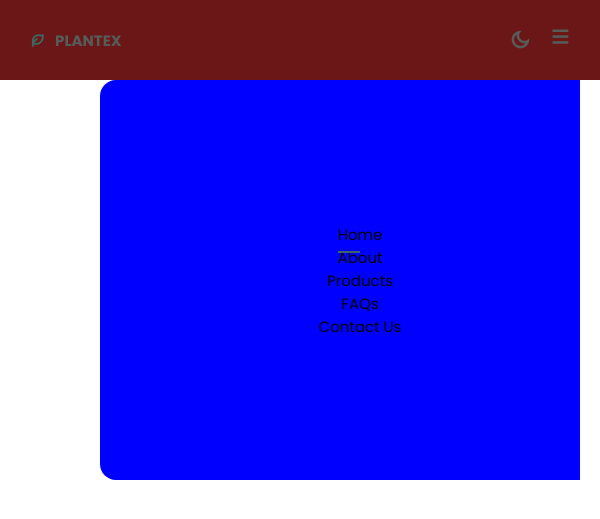
Repository: OmniaRafat232111121/plantwebsite
Page: index.html
These files come from the project's save history. The page is drawn as it stood at one moment and after a run of saves; the edit follows.
The browser window is 600 px wide. The pictures show the whole page.
After loading, the first visible `#navToggle` was clicked once.

Above is the page before, as saved 2023-01-04 15:40:35.

### index.html
<!DOCTYPE html>
<html lang="en">
<head>
    <meta charset="UTF-8">
    <meta http-equiv="X-UA-Compatible" content="IE=edge">
    <meta name="viewport" content="width=device-width, initial-scale=1.0">
    <title>plant-website</title>
      <!--icon web-->
    <link rel="shortcut icon" href="assets/img/favicon.png" type="image/x-icon">
    <!--css style-->
    <link rel="stylesheet" href="./assets/css/styles.css">
    <!--remix icon-->
    <link href="https://cdn.jsdelivr.net/npm/remixicon@2.5.0/fonts/remixicon.css" rel="stylesheet">
</head>
<body>
<!--header-->
<header class="header" id="header">
<div class="container-header">
    <a class="nav_logo">
   <i class="ri-leaf-line nav_logo-icon "></i>Plantex
</a>

<nav class="nav_menu" id="nav_menu">
    <ul class="nav_list" id="nav_list">
        <li class="nav_item" id="nav_item">
                            <a href="#home" class="nav_link active-link">Home</a>
                        </li>
                        <li class="nav__item">
                            <a href="#about" class="nav_link">About</a>
                        </li>
                        <li class="nav__item">
                            <a href="#products" class="nav_link">Products</a>
                        </li>
                        <li class="nav__item">
                            <a href="#faqs" class="nav_link">FAQs</a>
                        </li>
                        <li class="nav__item">
                            <a href="#contact" class="nav_link">Contact Us</a>
                        </li>
                        <li class="mood">
       <i class= "ri-moon-line change-theme" id="theme-button"></i>

    </li>



    </ul>

    <div class="nav-close" id="nav_close">
        <i class="ri-close-line"></i>

    </div>
    <div  class="nav-btns">
   <i class= "ri-moon-line change-theme" id="theme-button"></i>
    <div class="nav-toggle" id="navToggle">
      <i class="ri-menu-line"></i>
    </div>
   </div>
    </div>
</nav>
</div>

</header>
   <script src="./assets/js/main.js"></script>
</body>
</html>

### assets/css/styles.css
/*=============== GOOGLE FONTS ===============*/
@import url('https://fonts.googleapis.com/css2?family=Poppins:wght@400;500;600;700&display=swap');

/*=============== VARIABLES CSS ===============*/
:root {
  --header-height: 3.5rem; /*56px*/

  /*========== Colors ==========*/
  /*Color mode HSL(hue, saturation, lightness)*/
  --black:#000;
  --green:#3e655e;
  --hue: 152;
  --first-color: hsl(var(--hue), 24%, 32%);
  --first-color-alt: hsl(var(--hue), 24%, 28%);
  --first-color-light: hsl(var(--hue), 24%, 66%);
  --first-color-lighten: hsl(var(--hue), 24%, 92%);
  --title-color: hsl(var(--hue), 4%, 15%);
  --text-color: hsl(var(--hue), 4%, 35%);
  --text-color-light: hsl(var(--hue), 4%, 55%);
  --body-color: hsl(var(--hue), 0%, 100%);
  --container-color: #FFF;

  /*========== Font and typography ==========*/
  /*.5rem = 8px | 1rem = 16px ...*/
  --body-font: 'Poppins', sans-serif;
  --big-font-size: 2rem;
  --h1-font-size: 1.5rem;
  --h2-font-size: 1.25rem;
  --h3-font-size: 1rem;
  --normal-font-size: .938rem;
  --small-font-size: .813rem;
  --smaller-font-size: .75rem;

  /*========== Font weight ==========*/
  --font-medium: 500;
  --font-semi-bold: 600;

  /*========== Margenes Bottom ==========*/
  /*.5rem = 8px | 1rem = 16px ...*/
  --mb-0-5: .5rem;
  --mb-0-75: .75rem;
  --mb-1: 1rem;
  --mb-1-5: 1.5rem;
  --mb-2: 2rem;
  --mb-2-5: 2.5rem;

  /*========== z index ==========*/
  --z-tooltip: 10;
  --z-fixed: 100;
}

/* Responsive typography */
@media screen and (min-width: 968px) {
  :root {
    --big-font-size: 3.5rem;
    --h1-font-size: 2.25rem;
    --h2-font-size: 1.5rem;
    --h3-font-size: 1.25rem;
    --normal-font-size: 1rem;
    --small-font-size: .875rem;
    --smaller-font-size: .813rem;
  }
}

/*=============== BASE ===============*/
*{
  box-sizing: border-box;
  padding: 0;
  margin: 0;
}

html{
  scroll-behavior: smooth;
}

body,
button,
input,
textarea{
  font-family: var(--body-font);
  font-size: var(--normal-font-size);
}

body{
  margin: var(--header-height) 0 0 0;
  background-color: var(--body-color);
  color: var(--text-color);
  transition: .4s; /*For animation dark mode*/
}

button{
  cursor: pointer;
  border: none;
  outline: none;
}

h1,h2,h3{
  color: var(--title-color);
  font-weight: var(--font-semi-bold);
}

ul{
  list-style: none;
}

a{
  text-decoration: none;
}

img{
  max-width: 100%;
  height: auto;
}
/*========== resuable component ==========*/



/*========Header========*/
 header{
  background-color: rgb(107, 23, 23);
  position: fixed;
  top:0;
  left:0;
  width:100%;
  z-index:1000;
  transition: 0.3s;
}
.container-header{
  display:flex;
  align-items: center;
  justify-content: space-between;
  height:var(--header-height);
  padding:40px;
}
.nav_menu{

}
.nav_logo{
  text-transform: uppercase;
  display:inline-flex;
  align-items: center;
  column-gap: 10px;
  font-weight: bold;
  margin-left: 50px;
  cursor: pointer;
}
.nav_logo:hover{
  color:var(--green);
}
.nav_logo-icon{
   color:var(--green);
}
.nav_logo i:hover{
  color:var(--black);
}
nav ul li {
  display: inline-block;
  cursor: pointer;
  margin-left: 40px;
}
nav ul li a{
  color:var(--black);


}
.nav-btns{
  display: none;
}
.mood{
  margin-left: 40px;
  font-size: 20px;

}

.nav-close
{
  color:var(--black);
  display:none;

}

.nav-btns{
  font-size: 20px;
  cursor: pointer;
}
.active-link{
  position: relative;
  color: var(--black);
}
.active-link::after{
  content: '';
  position: absolute;
  bottom: -8px;
  left: 0;
  width: 50%;
  height: 2px;
  background-color: var(--green);
}
.nav_link:hover{
 color: var(--green);
 transition: 0.3s;
}
@media screen and (max-width: 767px){
.nav_list{
display: none;
}
.nav_logo{
  margin-left: -10px;
}

.nav-btns{
  display:inline-flex;
  align-items: center;
  column-gap: 20px;
  font-weight: bold;
  margin-right: -10px;
  cursor: pointer;
}

  .show-menu{

     position: fixed;
    background-color:blue ;
    width: 80%;
    height: 50%;
    top: 80px;
    right: 0px;
    left:100px;
    border-radius: 1rem 0 0 1rem;
    transition: .3s;
    z-index: 1000;
    display:flex;
    flex-direction: column;
  justify-content: center;
  align-items: center;



  }
  .show-menu {

  }
  .show-menu .mood .ri-moon-line{
    display: none;
  }
  .show-menu .nav-close{
     display: block;
  }
  .nav_list .show-menu{

  }


}

### assets/js/main.js
let navMenu = document.getElementById('nav_menu');
let navList = document.getElementById('nav_list');
let navItem = document.getElementById('nav ul li');
let closeButton = document.getElementById('nav_close');
let navToggle = document.getElementById('navToggle');
navToggle.addEventListener('click', function () {
    navList.classList.toggle('show-menu');

})

After the next 2 saves:
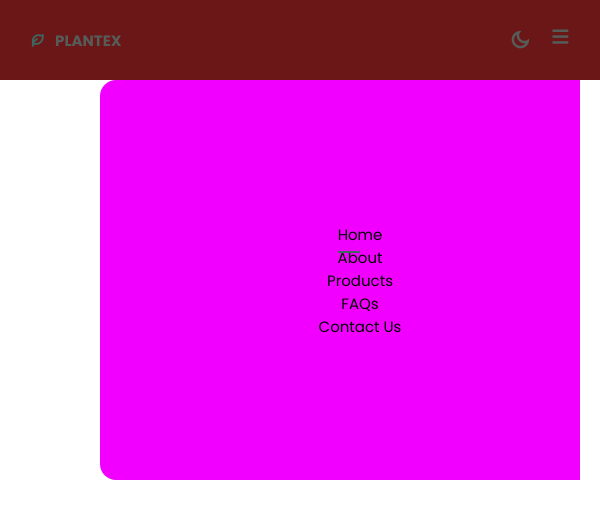
The 2 saves are shown as one change because they came seconds apart.
The last was saved 18 s later.
--- a/assets/css/styles.css
+++ b/assets/css/styles.css
@@ -220,7 +220,7 @@ display: none;
   .show-menu{
 
      position: fixed;
-    background-color:blue ;
+    background-color:rgb(242, 0, 255) ;
     width: 80%;
     height: 50%;
     top: 80px;
@@ -233,6 +233,7 @@ display: none;
     flex-direction: column;
   justify-content: center;
   align-items: center;
+  p
 
 
 
